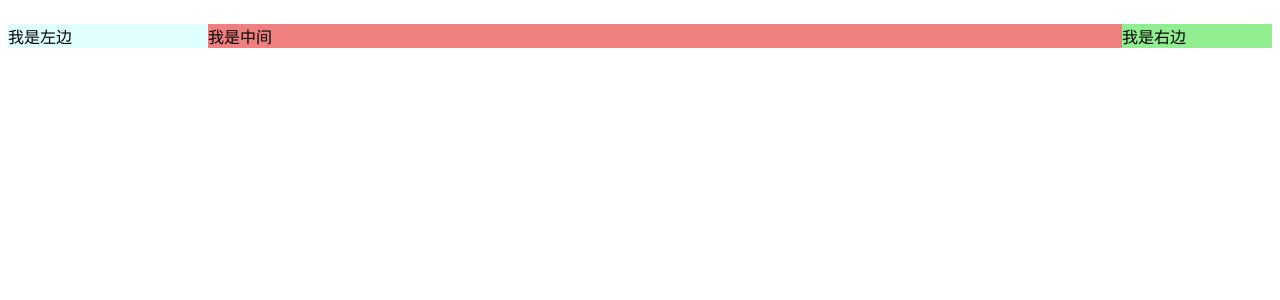
Repository: ljwrookie/Front-end-interview-handwritten-code
Page: 圣杯布局.html
The author's editor kept a copy of each file at every save. The page is drawn from the files as they stood at one save, then again after the next save.
The browser window is 1280 px wide. The pictures show the whole page.

Above is the page before, as saved 2022-04-07 11:51:59.

After the next save:
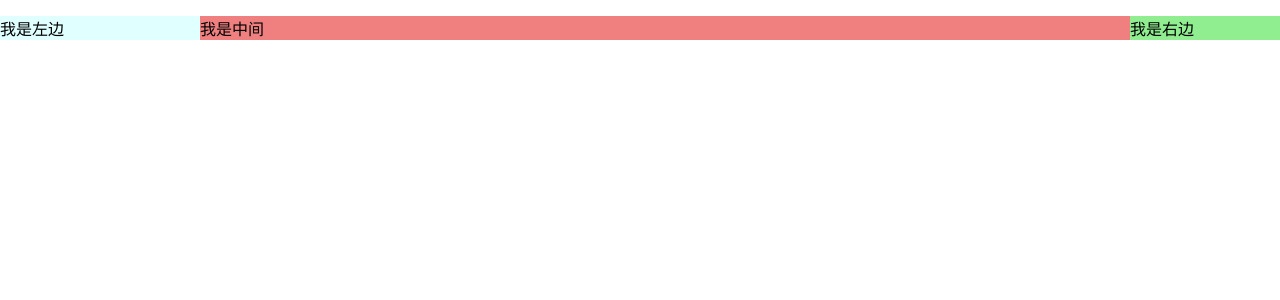
Saved 29 s later.
--- a/圣杯布局.html
+++ b/圣杯布局.html
@@ -6,6 +6,10 @@
 		<meta name="viewport" content="width=device-width, initial-scale=1.0" />
 		<title>圣杯布局</title>
 		<style>
+			body {
+				margin: 0;
+				padding: 0;
+			}
 			#container {
 				padding-left: 200px;
 				padding-right: 150px;
